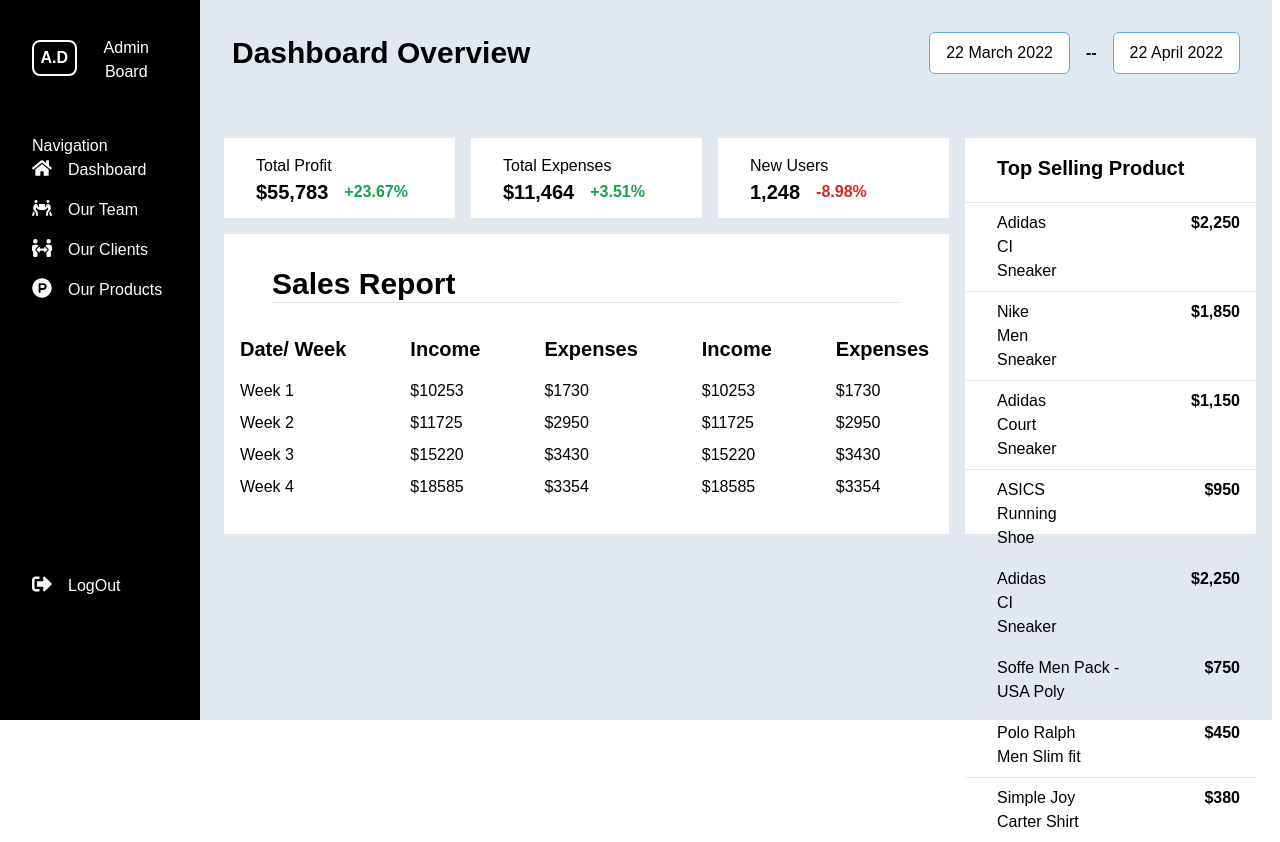
Repository: AngusOnyebuchi/Dashboard
Page: /dashboard
The author's editor kept a copy of each file at every save. The page is drawn from the files as they stood at one save, then again after the next save.
The browser window is 1280 px wide. The pictures show the whole page.
The page's requests for data from a server got no answer. The project was rebuilt for these pictures with package versions that can differ from the ones it lists, and the page was loaded fresh each time. No one was signed in, and anything a server would have sent is missing. Also part of the build but not shown: src/components/Login.js, src/components/Register.js, src/components/Team.js, src/components/Clients.js, src/components/Products.js.

Above is the page before, as saved 2022-05-26 15:42:15.

### src/index.js
import React from "react";
import ReactDOM from "react-dom";
import { BrowserRouter} from "react-router-dom"
import "./style.css"
import App from "./App";

ReactDOM.render(
            <BrowserRouter>
            <App/>
            </BrowserRouter>, document.getElementById("root"))

### src/style.css
@tailwind base;
@tailwind components;
@tailwind utilities;

@layer base {
    body{
        background-color: white;
        @apply font-[Sans-serif];
    }
    li {
        @apply px-4;
        @apply cursor-pointer;
    }
}

.content-div {
    background-repeat: no-repeat;
    background-size: cover;
    background-position: center;
    height: 150px;
}

.content-div:hover {
    background-image: linear-gradient(
        to right,
        rgba(112, 157, 255, 0.8),
        hsla(242, 74%, 61%, 0.8)
    )!important;
}

### src/App.js
import React, {useState, useEffect} from 'react'
import Home from './components/Home'
import Layout from './components/Layout'
import Login from './components/Login'
import Register from './components/Register'
import Team from './components/Team'
import Clients from './components/Clients'
import Products from './components/Products'
import { Routes, Route } from "react-router-dom"

const teamsUrl = 'https://fakerapi.it/api/v1/persons?_quantity=12'
const clientsUrl = 'https://fakerapi.it/api/v1/companies?_quantity=12'
const productsUrl = 'https://fakerapi.it/api/v1/products?_quantity=12'


export default function App() {

  const [teams, setTeams] = useState([])
  const [clients, setClients] = useState([])
  const [products, setProducts] = useState([])

  const getTeam = () => {
    fetch(teamsUrl)
    .then(response => response.json())
    .then(data => {
      console.log(data.data)
      setTeams(data.data)
    })
  }

  const getClient = () => {
    fetch(clientsUrl)
    .then(response => response.json())
    .then(data => {
      console.log(data.data)
      setClients(data.data)
    })
  }

  const getProduct = () => {
    fetch(productsUrl)
    .then(response => response.json())
    .then(data => {
      console.log(data.data)
      setProducts(data.data)
    })
  }

  useEffect(()=> {
      getTeam()
  }, [])

  useEffect(()=> {
    getClient()
}, [])

useEffect(()=> {
  getProduct()
}, [])

  const teamsElement = teams && teams.length && teams.map(team => {
    return (
      <Team
              key= {team.id}
              firstname= {team.firstname}
              lastname= {team.lastname}
              email= {team.email}
              phone= {team.phone}
              gender= {team.gender}
              image= {team.image}
              />
    )
  })

  const clientsElement = clients && clients.length && clients.map(client => {
    return (
      <Clients
              key= {client.id}
              fullname= {client.name}
              email= {client.email}
              phone= {client.phone}
              gender= {client.gender}
              image= {client.image}
              />
    )
  })

  const productsElement = products && products.length && products.map(product => {
    return (
      <Products
              key= {product.id}
              name= {product.name}
              image= {product.image}
              netPrice= {product.net_price}
              taxes= {product.taxes}
              price= {product.price}
              />
    )
  })

  return (
    <div>

      <Routes>
          <Route path='/' element={<Login/>}/>

          <Route path='/dashboard' element={
          <Layout>
          <Home/>
          </Layout>
          }/>

          <Route path='/register' element={<Register/>}/>

          <Route path='/team' element={
            <Layout>
            <div className='px-8'>
              <div className='text-center p-8 text-black'>
                <h1 className='text-3xl inline border-b-4 border-pink-600'>Team Members</h1>
              </div>
              <div className='grid grid-cols-3 pb-12'>
              {teamsElement}
              </div>
            </div>
            </Layout>
          }/>

          <Route path='/clients' element={
            <Layout>
            <div className='px-8'>
            <div className='text-center p-8 text-black'>
              <h1 className='text-3xl inline border-b-4 border-pink-600'>Our Clients</h1>
            </div>
            <div className='grid grid-cols-3 pb-12'>
            {clientsElement}
            </div>
          </div>
          </Layout>
          }/>

          <Route path='/products' element={
            <Layout>
            <div className='px-8'>
            <div className='text-center p-8 text-black'>
              <h1 className='text-3xl inline border-b-4 border-pink-600'>Our Products</h1>
            </div>
            <div className='grid grid-cols-3 pb-12'>
            {productsElement}
            </div>
          </div>
          </Layout>
          }/>

      </Routes>
    </div>
  )
}

### src/components/Home.js
import React from 'react'

export default function Home() {
  return (
    <div name="dashboard" className='p-4 mx-2 h-screen bg-slate-200'>

          {/** The first part after the nav */}
      <div className='flex justify-between p-4 items-center'>
        <h1 className='font-bold text-3xl ml-48'>Dashboard Overview</h1>

        <div className='flex items-center gap-4'>
          <div className='px-4 py-2 bg-white border-[1px] rounded-md border-blue-400'>
            <p>22 March 2022</p>
            <img alt=''/>
          </div>

          <p><strong>--</strong></p>

          <div className='px-4 py-2 bg-white border-[1px] rounded-md border-blue-400'>
            <p>22 April 2022</p>
            <img alt=''/>
          </div>
        </div>

      </div>


        {/** The second part after the nav */}
        <div className='flex gap-4 mt-12'>

          <div className='ml-[200px]'>
          <div className='flex items-center gap-4'>

            <div className='h-[80px] w-[231px] bg-white py-4 px-8'>
              <p>Total Profit</p>
              <div className='flex items-center gap-4 font-bold'>
                <p className='text-xl'>$55,783</p>
                <p className='text-green-600'>+23.67%</p>
              </div>
            </div>

            <div className='h-[80px] w-[231px] bg-white py-4 px-8'>
              <p>Total Expenses</p>
              <div className='flex items-center gap-4 font-bold'>
                <p className='text-xl'>$11,464</p>
                <p className='text-green-600'>+3.51%</p>
              </div>
            </div>

            <div className='h-[80px] w-[231px] bg-white py-4 px-8'>
              <p>New Users</p>
              <div className='flex items-center gap-4 font-bold'>
                <p className='text-xl'>1,248</p>
                <p className='text-red-600'>-8.98%</p>
              </div>
            </div>

          </div>

          <div className='h-[300px] w-[725px] bg-white mt-4'>

            <div className='text-3xl px-12 py-8'>
              <p className='font-bold'>Sales Report</p>
              <hr/>
            </div>

            <div className='flex items-center px-4 gap-16'>
              <div>
                <p className='text-xl font-bold mb-4'>Date/ Week</p>
                <p className='mb-2'>Week 1</p>
                <p className='mb-2'>Week 2</p>
                <p className='mb-2'>Week 3</p>
                <p className='mb-2'>Week 4</p>
              </div>
              <div>
                <p className='text-xl font-bold mb-4'>Income</p>
                <p className='mb-2'>$10253</p>
                <p className='mb-2'>$11725</p>
                <p className='mb-2'>$15220</p>
                <p className='mb-2'>$18585</p>
              </div>
              <div>
                <p className='text-xl font-bold mb-4'>Expenses</p>
                <p className='mb-2'>$1730</p>
                <p className='mb-2'>$2950</p>
                <p className='mb-2'>$3430</p>
                <p className='mb-2'>$3354</p>
              </div>
              <div>
                <p className='text-xl font-bold mb-4'>Income</p>
                <p className='mb-2'>$10253</p>
                <p className='mb-2'>$11725</p>
                <p className='mb-2'>$15220</p>
                <p className='mb-2'>$18585</p>
              </div>
              <div>
                <p className='text-xl font-bold mb-4'>Expenses</p>
                <p className='mb-2'>$1730</p>
                <p className='mb-2'>$2950</p>
                <p className='mb-2'>$3430</p>
                <p className='mb-2'>$3354</p>
              </div>

            </div>
          </div>

          </div>

          <div className='bg-white h-[396px] w-[382px] py-4'>
            <p className='font-bold text-xl pl-8 pb-5'>Top Selling Product</p>
            <hr/>
            <div className='flex gap-4 px-4 py-2'>
              <img alt='' src=''/>
              <p>Adidas CI Sneaker</p>
              <p className='font-bold ml-28'>$2,250</p>
            </div>
            <hr/>

            <div className='flex gap-4 px-4 py-2'>
              <img alt='' src=''/>
              <p>Nike Men Sneaker</p>
              <p className='font-bold ml-28'>$1,850</p>
            </div>
            <hr/>

            <div className='flex gap-4 px-4 py-2'>
              <img alt='' src=''/>
              <p>Adidas Court Sneaker</p>
              <p className='font-bold ml-[88px]'>$1,150</p>
            </div>
            <hr/>

            <div className='flex gap-4 px-4 py-2'>
              <img alt='' src=''/>
              <p>ASICS Running Shoe</p>
              <p className='font-bold ml-24'>$950</p>
            </div>
            <hr/>

            <div className='flex gap-4 px-4 py-2'>
              <img alt='' src=''/>
              <p>Adidas CI Sneaker</p>
              <p className='font-bold ml-28'>$2,250</p>
            </div>
            <hr/>

            <div className='flex gap-4 px-4 py-2'>
              <img alt='' src=''/>
              <p>Soffe Men Pack - USA Poly</p>
              <p className='font-bold ml-14'>$750</p>
            </div>
            <hr/>

            <div className='flex gap-4 px-4 py-2'>
              <img alt='' src=''/>
              <p>Polo Ralph Men Slim fit</p>
              <p className='font-bold ml-20'>$450</p>
            </div>
            <hr/>

            <div className='flex gap-4 px-4 py-2'>
              <img alt='' src=''/>
              <p>Simple Joy Carter Shirt</p>
              <p className='font-bold ml-20'>$380</p>
            </div>

          </div>

        </div>

    </div>
  )
}

### src/components/Layout.js
import React from 'react'
import NavBar from './NavBar'

export default function Layout({ children }) {
  return (
    <div>
        <NavBar />
        <div>{children}</div>
    </div>
  )
}

### src/components/NavBar.js
import React from 'react'
import { NavLink } from 'react-router-dom'
import { FaHome, FaPeopleCarry, FaPeopleArrows, FaProductHunt, FaSignOutAlt } from 'react-icons/fa'

export default function NavBar() {
  return (
    <div className=' fixed w-[200px] h-screen px-8 py-4 text-white bg-black'>
        <div className='flex gap-2 items-center text-center'>
            <h1 className='p-1 mt-4 w-12 border-2 border-white rounded-lg text-center text-white'><strong>A.D</strong></h1>
            <h1 className='text-center mt-5'>Admin Board</h1>
        </div>

        <div>
        <div className='mt-[50px]'>
                <h1>Navigation</h1>

                <NavLink to='/dashboard'>
                  <div className='flex gap-4 text-center'>
                    <FaHome size={20}/>
                    <p className='cursor-pointer mb-4'>Dashboard</p>
                  </div>
                </NavLink>
                <NavLink to='/team'>
                  <div className='flex gap-4 text-center'>
                    <FaPeopleCarry size={20}/>
                    <p className='cursor-pointer mb-4'>Our Team</p>
                  </div>
                </NavLink>
                <NavLink to='/clients'>
                  <div className='flex gap-4 text-center'>
                    <FaPeopleArrows size={20}/>
                    <p className='cursor-pointer mb-4'>Our Clients</p>
                  </div>
                </NavLink>
                <NavLink to='/products'>
                  <div className='flex gap-4 text-center'>
                    <FaProductHunt size={20}/>
                    <p className='cursor-pointer mb-[272px]'>Our Products</p>
                  </div>
                </NavLink>
                <NavLink to='/'>
                  <div className='flex gap-4 text-center'>
                    <FaSignOutAlt size={20}/>
                    <p className='cursor-pointer mb-4'>LogOut</p>
                  </div>
                </NavLink>
            </div>
        </div>
    </div>
  )
}

Loaded but not shown: public/index.html (common file); tailwind.config.js (common file)

After the next save:
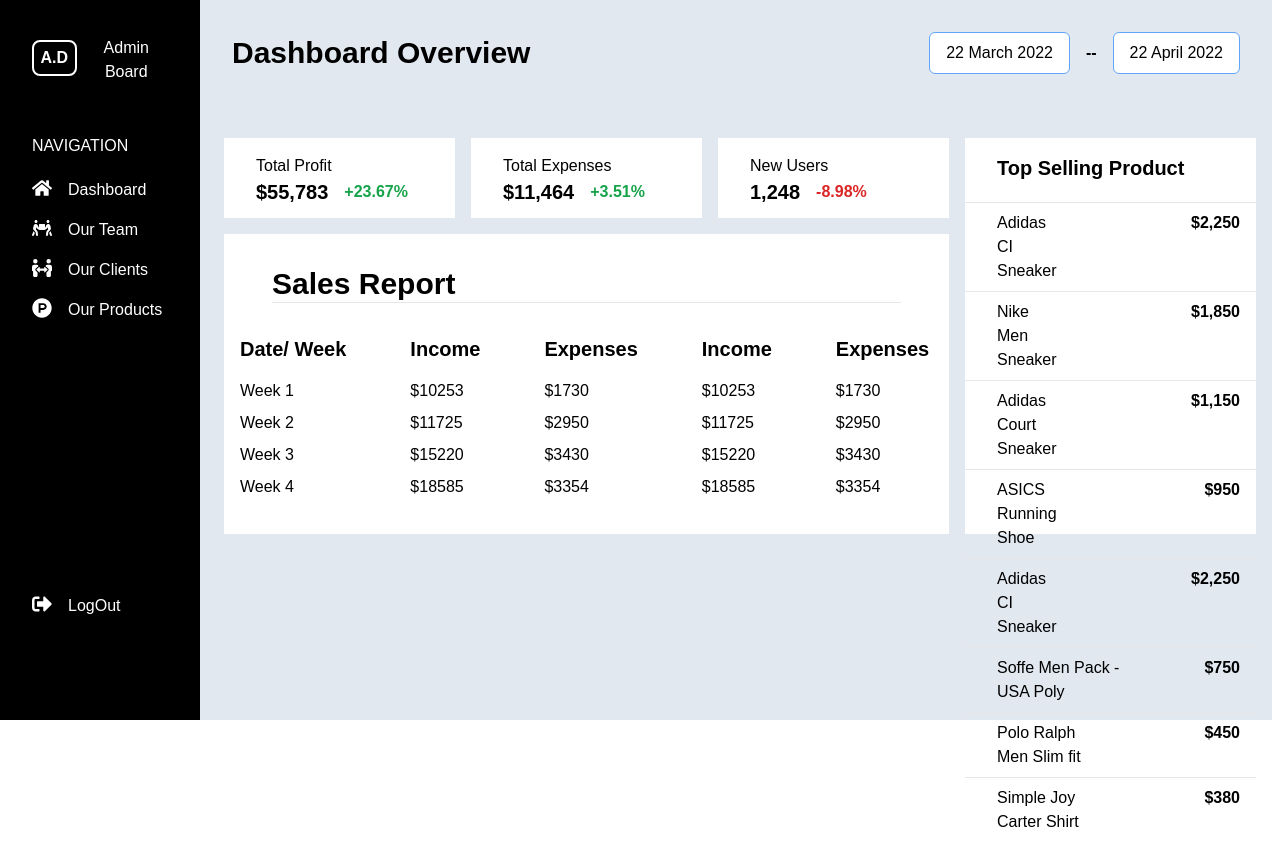
Saved 32 s later.
--- a/src/components/NavBar.js
+++ b/src/components/NavBar.js
@@ -12,7 +12,7 @@ export default function NavBar() {
 
         <div>
         <div className='mt-[50px]'>
-                <h1>Navigation</h1>
+                <h1 className='uppercase mb-5'>Navigation</h1>
 
                 <NavLink to='/dashboard'>
                   <div className='flex gap-4 text-center'>
